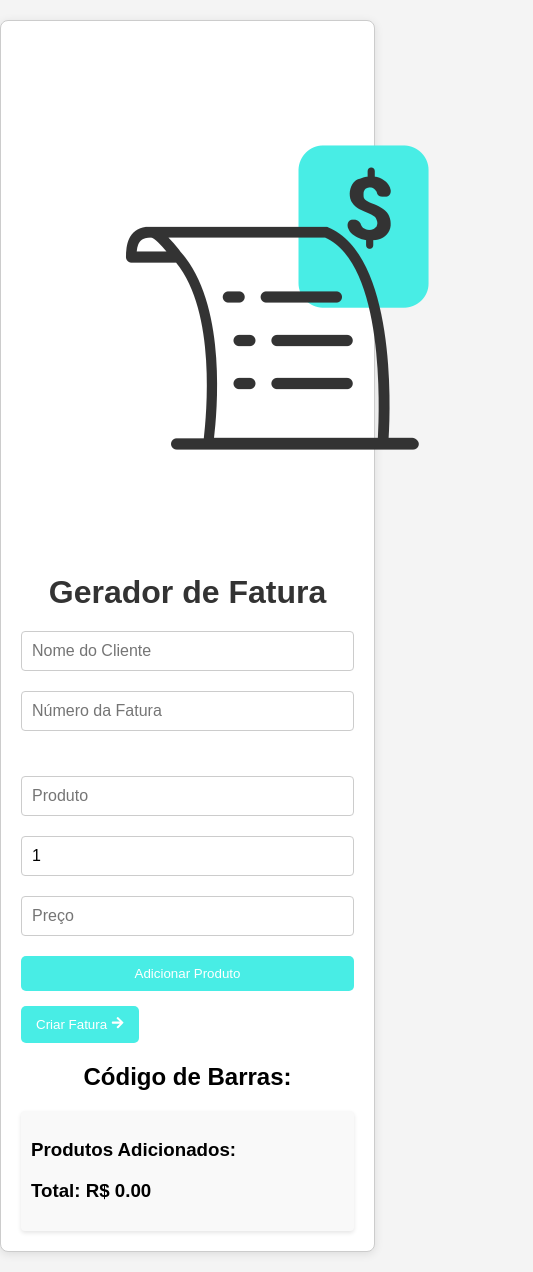
Repository: thmedu/Gerador-de-Faturas
Page: /
The author's editor kept a copy of each file at every save. The page is drawn from the files as they stood at one save, then again after the next save.
The browser window is 375 px wide. The page is 533 px wide, then 376 px, so the pictures cover 533 px, including what lies to the right of the window. The pictures show the whole page.
The project was rebuilt for these pictures with package versions that can differ from the ones it lists, and the page was loaded fresh each time. Also part of the build but not shown: vite.config.js, src/Componete/Template.jsx.

Above is the page before, as saved 2024-07-16 20:36:56.

### index.html
<!DOCTYPE html>
<html lang="pt-BR">

<head>
  <meta charset="UTF-8" />
  <meta name="viewport" content="width=device-width, initial-scale=1.0" />
  <meta name="description" content="Gere sua fatura de forma simples e rápida com nosso gerador de faturas em React." />
  <meta name="keywords" content="fatura, gerador de faturas, React, financeiro" />
  <meta name="author" content="Thomas Eduardo" />
  <link rel="stylesheet" href="./src/App.css">
  <link rel="icon" href="./public/logo.png" />
  <title>Gere sua Fatura</title>
</head>


<body>
  <div id="root"></div>
  <script type="module" src="./src/main.jsx"></script>
</body>

</html>

### src/App.css
/* App.css */

body {
  font-family: 'Arial', sans-serif;
  background-color: #f4f4f4;
  margin: 0;
  padding: 0;
}

.container {
  max-width: 800px;
  margin: 20px auto;
  padding: 20px;
  background: #ffffff;
  border-radius: 8px;
  box-shadow: 0 4px 8px rgba(0, 0, 0, 0.1);
}

.logo {
  display: block;
  margin: 0 auto 20px;
}

.title {
  text-align: center;
  color: #333;
  margin-bottom: 20px;
}

.form {
  display: flex;
  flex-direction: column;
  gap: 15px;
}

.inputs {
  display: flex;
  gap: 10px;
}

.input-field {
  flex: 1;
  padding: 10px;
  border: 1px solid #ccc;
  border-radius: 4px;
  font-size: 16px;
}

.submit-button {
  padding: 10px 15px;
  background-color: #48ede5;
  color: #fff;
  border: none;
  border-radius: 5px;
  cursor: pointer;
  transition: background-color 0.3s;
}

.submit-button:hover {
  background-color: #36b8c2;
}

.product-form {
  margin-top: 20px;
  display: flex;
  flex-direction: column;
  gap: 10px;
}

.product-form input {
  padding: 10px;
  border: 1px solid #ccc;
  border-radius: 4px;
}

.product-list {
  margin-top: 20px;
  padding: 10px;
  background: #f9f9f9;
  border-radius: 4px;
  box-shadow: 0 2px 4px rgba(0, 0, 0, 0.1);
}

.product-list ul {
  list-style-type: none;
  padding: 0;
}

.product-list li {
  padding: 8px 0;
  border-bottom: 1px solid #ddd;
}

.product-list li:last-child {
  border-bottom: none;
}

.barcode-container {
  margin-top: 20px;
  text-align: center;
}

.pdf-container {
  padding: 20px;
  background: #ffffff;
  border-radius: 8px;
  box-shadow: 0 4px 8px rgba(0, 0, 0, 0.1);
}

.back-button {
  margin-top: 20px;
  padding: 10px 15px;
  background-color: #ff6b6b;
  color: white;
  border: none;
  border-radius: 5px;
  cursor: pointer;
  transition: background-color 0.3s;
}

.back-button:hover {
  background-color: #e55b5b;
}

/* Media Queries */
@media (max-width: 600px) {
  .inputs {
    flex-direction: column;
  }

  .input-field {
    margin-bottom: 10px;
  }
}

### src/main.jsx
import React from 'react';
import ReactDOM from 'react-dom/client';
import App from './App';
import 'react-toastify/dist/ReactToastify.css';
import { ToastContainer } from 'react-toastify';


const root = ReactDOM.createRoot(document.getElementById('root'));


root.render(
  <React.StrictMode>
    <ToastContainer />
    <App />
  </React.StrictMode>,
);

### src/App.jsx
import React, { useState, useEffect } from 'react';
import './App.css';
import TemplatePdf from './Componete/Template';
import Barcode from 'react-barcode';
import { FaArrowRight, FaArrowLeft } from 'react-icons/fa';
import { toast } from 'react-toastify';
import logo from '/logo.png'; // Ensure this path is correct

function App() {
  const [numeroDaFatura, setNumeroDaFatura] = useState('');
  const [nomeCliente, setNomeCliente] = useState('');
  const [data, setData] = useState('');
  const [visualizar, setVisualizar] = useState(true);
  const [loading, setLoading] = useState(false);

  const [produtos, setProdutos] = useState([]);
  const [produto, setProduto] = useState('');
  const [quantidade, setQuantidade] = useState(1);
  const [preco, setPreco] = useState('');

  const [formaPagamento, setFormaPagamento] = useState('dinheiro');

  useEffect(() => {
    const atual = new Date();
    const dataFormatada = `${String(atual.getDate()).padStart(2, '0')}/${String(
      atual.getMonth() + 1,
    ).padStart(2, '0')}/${atual.getFullYear()}`;
    setData(dataFormatada);
  }, []);

  const criarFatura = () => {
    if (!numeroDaFatura.match(/^[0-9]+$/)) {
      toast.error('Por favor, insira um número de fatura válido.');
      return;
    }
    if (!nomeCliente) {
      toast.error('Por favor, insira o nome do cliente.');
      return;
    }
    setLoading(true);
    setTimeout(() => {
      toast.success('Fatura criada com sucesso!');
      setLoading(false);
      setVisualizar(false);
    }, 500);
  };

  const adicionarProduto = () => {
    if (produto && quantidade > 0 && preco > 0) {
      setProdutos([
        ...produtos,
        { produto, quantidade: Number(quantidade), preco: Number(preco) },
      ]);
      setProduto('');
      setQuantidade(1);
      setPreco('');
    } else {
      toast.error(
        'Por favor, insira um produto válido com quantidade e preço.',
      );
    }
  };

  const totalFatura = produtos.reduce(
    (acc, curr) => acc + curr.quantidade * curr.preco,
    0,
  );

  const voltar = () => {
    setVisualizar(true);
    setNumeroDaFatura('');
    setNomeCliente('');
    setProdutos([]);
  };

  return (
    <>
      {visualizar ? (
        <div className="container">
          <img src={logo} alt="Logo" className="logo" />
          <h1 className="title">Gerador de Fatura</h1>
          <div className="form">
            <div className="inputs">
              <input
                type="text"
                placeholder="Nome do Cliente"
                value={nomeCliente}
                onChange={(e) => setNomeCliente(e.target.value)}
                disabled={loading}
                className="input-field"
                required
              />
              <input
                type="text"
                placeholder="Número da Fatura"
                value={numeroDaFatura}
                onChange={(e) => setNumeroDaFatura(e.target.value)}
                disabled={loading}
                className="input-field"
                required
              />
            </div>
            <div className="product-form">
              <input
                type="text"
                placeholder="Produto"
                value={produto}
                onChange={(e) => setProduto(e.target.value)}
                className="input-field"
              />
              <input
                type="number"
                placeholder="Quantidade"
                value={quantidade}
                onChange={(e) => setQuantidade(e.target.value)}
                className="input-field"
                min="1"
              />
              <input
                type="number"
                placeholder="Preço"
                value={preco}
                onChange={(e) => setPreco(e.target.value)}
                className="input-field"
                min="0"
              />
              <button onClick={adicionarProduto} className="submit-button">
                Adicionar Produto
              </button>
            </div>
            <div className="buttons">
              <button
                onClick={criarFatura}
                disabled={loading}
                className="submit-button"
                title={
                  loading
                    ? 'Aguarde enquanto a fatura é criada'
                    : 'Criar fatura'
                }
              >
                {loading ? 'Criando...' : 'Criar Fatura'} <FaArrowRight />
              </button>
            </div>
          </div>
          <div className="barcode-container">
            <h2>Código de Barras:</h2>
            {numeroDaFatura && <Barcode value={numeroDaFatura} />}
          </div>
          <div className="product-list">
            <h3>Produtos Adicionados:</h3>
            <ul>
              {produtos.map((item, index) => (
                <li key={index}>
                  {item.quantidade} x {item.produto} @ R${' '}
                  {item.preco.toFixed(2)} = R${' '}
                  {(item.quantidade * item.preco).toFixed(2)}
                </li>
              ))}
            </ul>
            <h3>Total: R$ {totalFatura.toFixed(2)}</h3>
          </div>
        </div>
      ) : (
        <div className="pdf-container">
          <TemplatePdf
            NumeroDaFatura={numeroDaFatura}
            data={data}
            nomeCliente={nomeCliente}
            produtos={produtos}
            total={totalFatura}
          />
          <button onClick={voltar} className="back-button">
            Voltar <FaArrowLeft />
          </button>
        </div>
      )}
    </>
  );
}

export default App;

### src/Componete/Template.css
/* Template.css */
.container {
  max-width: 800px;
  margin: 20px auto;
  padding: 20px;
  border: 1px solid #ccc;
  border-radius: 8px;
  box-shadow: 0 2px 10px rgba(0, 0, 0, 0.1);
  background-color: #fff;
}

.logo {
  text-align: center;
}

.logo img {
  max-width: 100%;
  height: auto;
}

.title {
  text-align: center;
  color: #333;
}

.client-info {
  margin: 20px 0;
}

.payment-method {
  margin: 15px 0;
}

.table {
  width: 100%;
  border-collapse: collapse;
  margin: 20px 0;
}

.table th, .table td {
  border: 1px solid #ddd;
  padding: 8px;
  text-align: left;
}

.table th {
  background-color: #f2f2f2;
}

.text-right {
  text-align: right;
}

.remove-button {
  background-color: transparent;
  border: none;
  color: #e74c3c;
  cursor: pointer;
}

.remove-button:hover {
  text-decoration: underline;
}

.notes {
  margin: 20px 0;
}

.button-group {
  display: flex;
  justify-content: space-between;
}

.print-button, .add-button {
  padding: 10px 15px;
  border: none;
  border-radius: 5px;
  background-color: #48ede5;
  color: white;
  cursor: pointer;
  transition: background-color 0.3s;
}

.print-button:hover, .add-button:hover {
  background-color: #39b2c4;
}

.dialog-title {
  display: flex;
  justify-content: space-between;
  align-items: center;
}

.forms {
  display: flex;
  flex-direction: column;
}

.forms input {
  margin: 10px 0;
  padding: 10px;
  border: 1px solid #ddd;
  border-radius: 5px;
}

.icon-cross {
  cursor: pointer;
  color: #e74c3c;
}

.icon-cross:hover {
  opacity: 0.8;
}

After the next save:
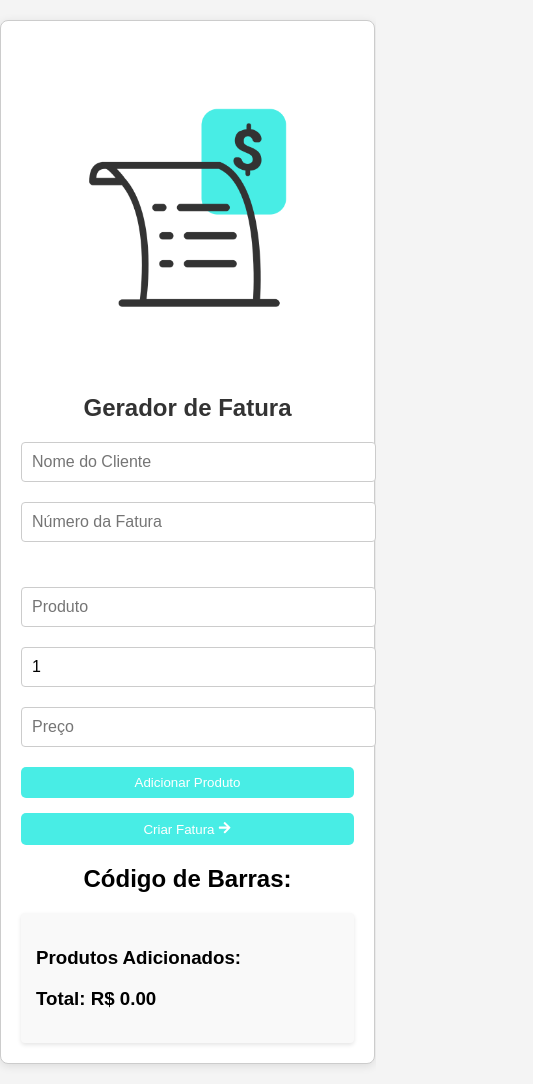
Saved 70 s later.
--- a/src/App.css
+++ b/src/App.css
@@ -1,5 +1,3 @@
-/* App.css */
-
 body {
   font-family: 'Arial', sans-serif;
   background-color: #f4f4f4;
@@ -19,6 +17,8 @@ body {
 .logo {
   display: block;
   margin: 0 auto 20px;
+  max-width: 100%;
+  height: auto;
 }
 
 .title {
@@ -36,6 +36,7 @@ body {
 .inputs {
   display: flex;
   gap: 10px;
+  flex-wrap: wrap; /* Allow wrapping */
 }
 
 .input-field {
@@ -44,6 +45,7 @@ body {
   border: 1px solid #ccc;
   border-radius: 4px;
   font-size: 16px;
+  min-width: 200px; /* Minimum width for inputs */
 }
 
 .submit-button {
@@ -130,5 +132,28 @@ body {
 
   .input-field {
     margin-bottom: 10px;
+    width: 100%; /* Full width on small screens */
+  }
+
+  .product-list, .pdf-container {
+    padding: 15px; /* Less padding for smaller screens */
+  }
+
+  .submit-button {
+    width: 100%; /* Full width for the button */
+  }
+
+  .back-button {
+    width: 100%; /* Full width for the back button */
   }
 }
+
+@media (max-width: 400px) {
+  .submit-button, .back-button {
+    padding: 8px; /* Smaller padding on extra small screens */
+  }
+
+  .title {
+    font-size: 1.5em; /* Adjust font size for smaller screens */
+  }
+}
